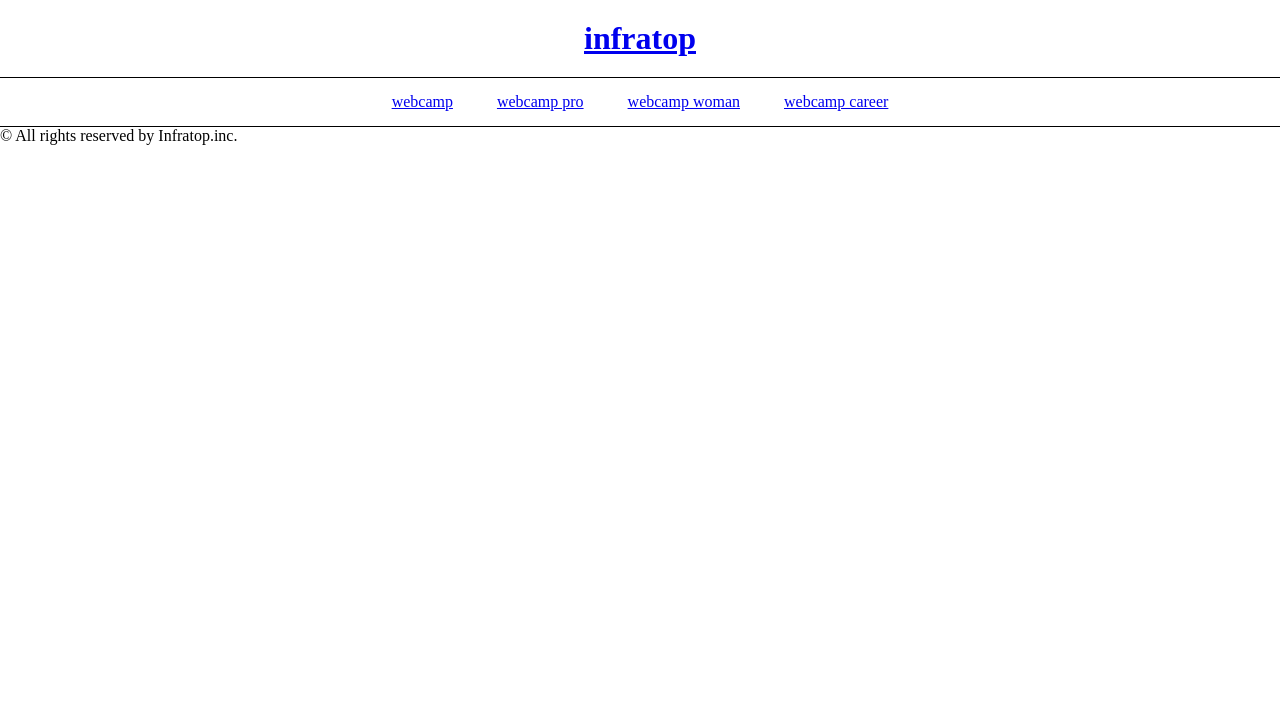
Repository: ryo32sun/Html-Practice
Page: practice/chapter5.html
The author's editor kept a record of every edit. The page is drawn from the files as they stood at one moment, then again after the next edit.
The browser window is 1280 px wide. The pictures show the whole page.

Above is the page before.

After the next edit:
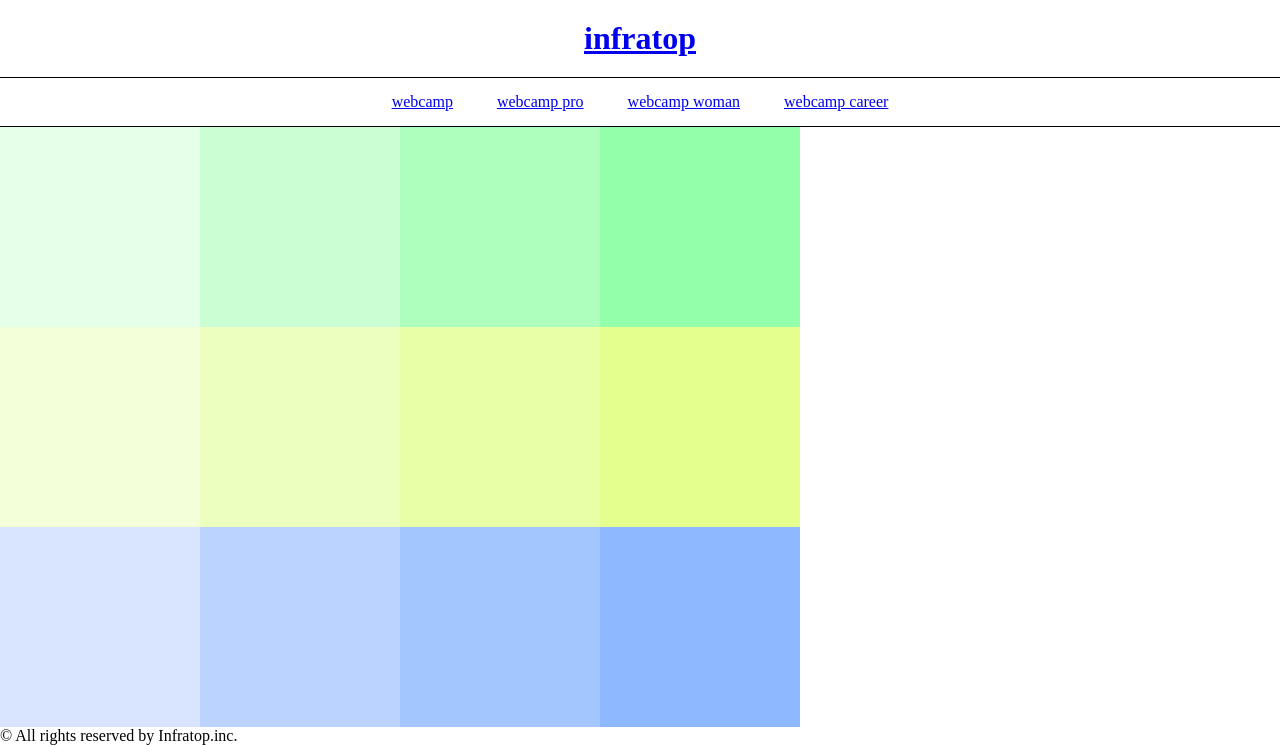
The edit:
--- a/practice/chapter5.html
+++ b/practice/chapter5.html
@@ -42,18 +42,18 @@
 
     <div class="main">
 
-      <div class="BOX1"></div>
-      <div class="BOX2"></div>
-      <div class="BOX3"></div>
-      <div class="BOX4"></div>
-      <div class="BOX5"></div>
-      <div class="BOX6"></div>
-      <div class="BOX7"></div>
-      <div class="BOX8"></div>
-      <div class="BOX9"></div>
-      <div class="BOX10"></div>
-      <div class="BOX11"></div>
-      <div class="BOX12"></div>
+      <div class="box1"></div>
+      <div class="box2"></div>
+      <div class="box3"></div>
+      <div class="box4"></div>
+      <div class="box5"></div>
+      <div class="box6"></div>
+      <div class="box7"></div>
+      <div class="box8"></div>
+      <div class="box9"></div>
+      <div class="box10"></div>
+      <div class="box11"></div>
+      <div class="box12"></div>
 
     </div>
 
